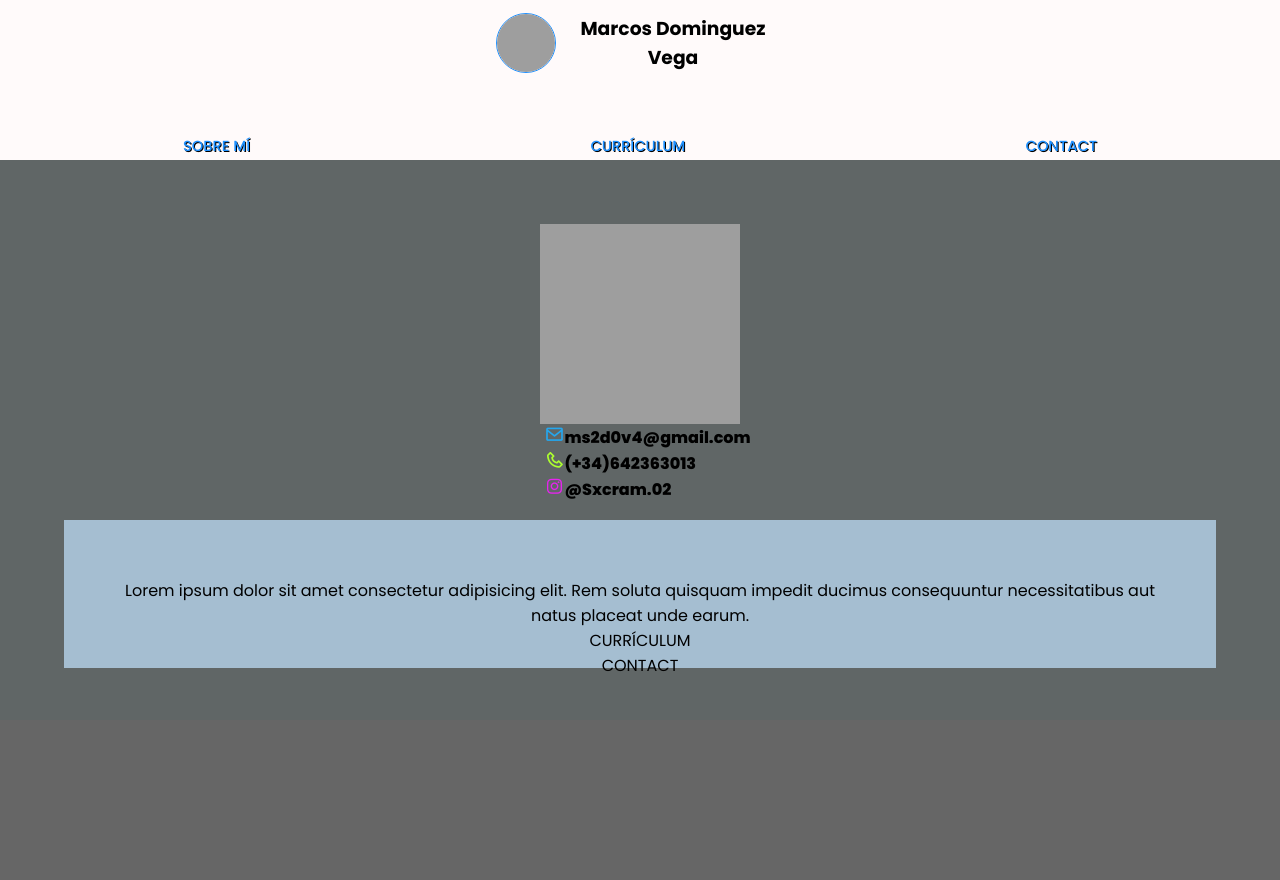
Repository: Sxcram02/Portfoliov.2
Page: index.html
An editor plug-in stored every save of this project. The page is shown before and after a run of saves, followed by the edit.
The browser window is 1280 px wide. The pictures show the whole page.
Pictures or frames that could not be fetched are drawn as grey boxes.

Above is the page before, as saved 2023-04-11 00:29:42.

### index.html
<!DOCTYPE html>
<html lang="en">
<head>
    <meta charset="UTF-8">
    <meta http-equiv="X-UA-Compatible" content="IE=edge">
    <meta name="viewport" content="width=device-width, initial-scale=1.0">
    <link rel="stylesheet" href="css/style.css" />
    <link rel="shortcut icon" href="https://picsum.photo/160" type="image/x-icon" />
    <link rel="stylesheet" href="https://unpkg.com/boxicons@latest/css/boxicons.min.css" />
    <title>miPortFolio</title>
</head>
<body>
    <div class="root">
        <header>
            <div class="box-porfile">
                <img src="https://picsum.photos/200" alt="porfile" />
                <h3 class="name">Marcos Dominguez Vega</h3>
            </div>
            <nav>
                <ul class="nav-bar">
                    <li><a href="">SOBRE MÍ</a></li>
                    <li><a href="">CURRÍCULUM</a></li>
                    <li><a href="">CONTACT</a></li>
                </ul>
            </nav>
        </header>
        <main>
            <section class="sobreMi">
                <article class="box-image">
                    <img src="https://picsum.photos/200" alt="porfile" />
                    <ul class="redes">
                        <li><i class='bx bx-envelope' style='color:#24a7ef;font-size: 20px;' ></i>ms2d0v4@gmail.com</li>
                        <li><i class='bx bx-phone' style="color:greenyellow; font-size: 20px;"></i>(+34)642363013</li>
                        <li><i class='bx bxl-instagram' style='color:#e624ef;font-size: 20px;'  ></i>@Sxcram.02</li>
                    </ul>
                </article>
                <article class="info">
                    <p>Lorem ipsum dolor sit amet consectetur adipisicing elit. Rem soluta quisquam impedit ducimus consequuntur necessitatibus aut natus placeat unde earum.</p>
                    <ul class="nav-bar2">
                        <li>CURRÍCULUM</li>
                        <li>CONTACT</li>
                    </ul>
                </article>
            </section>
        </main>
    </div>
</body>
</html>

### css/style.css
@import url('https://fonts.googleapis.com/css2?family=Poppins:ital,wght@0,400;0,500;0,600;0,700;0,800;0,900;1,400&display=swap');

* {
    margin: 0;
    padding: 0;
    box-sizing: border-box;
    font-family: 'Poppins',sans-serif;
    list-style: none;
    text-decoration: none;
}

.root {
    width: 100vw;
    height: 100vh;
    background-color: azure;
}

header {
    width: 100%;
    height: 10em;
    padding: 1%;
    background-color: snow;
    display: flex;
    flex-direction: column;
    align-items: center;
}

.box-porfile {
    display: flex;
    align-items: center;
    text-align: center;
}

.box-porfile > img {
    width: 60px;
    height: 60px;
    border-radius: 100%;
    margin-left: 2%;
    border: 1px solid dodgerblue;
}

.box-porfile > img:hover {
    border: 1px solid orange;
    transition: all 0.3s;
}

nav {
    width: 100%;
    margin-top: 5%;
}

.nav-bar {
    display: flex;
    align-items: center;
    justify-content: space-around;
    font-weight: 500;
    text-shadow: 1px 1px black;
    font-size: 11pt;
}

.nav-bar li > a {
    border-radius: 10px;
    padding: 10px;
    cursor: pointer;
    color: dodgerblue;
}

.nav-bar li:hover > a {
    background-color: rgba(128, 128, 128, 0.604);
    color:orange;
    transition: all 0.3s;
}

main {
    width: 100vw;
    height: 100vh;
}

.sobreMi {
    height: 100vh;
    padding: 5%;
    background-color: rgba(0, 0, 0, 0.599);
    display: grid;
    grid-template-columns: 1,1fr;
    grid-template-rows: repeat(2,1fr);
}

.box-image {
    height: 50%;
    grid-column: 1/2;
    grid-row: 1/2;
    display: flex;
    flex-direction: column;
    align-items: center;
    font-size: 12pt;
    font-weight: 800;
}

i {
    margin-left: 15px;
}
.info {
    height: 50%;
    grid-column: 1/2;
    grid-row: 2/3;
    text-align: center;
    padding: 5%;
    background-color: rgba(195, 227, 254, 0.704);
}

After the next 2 saves:
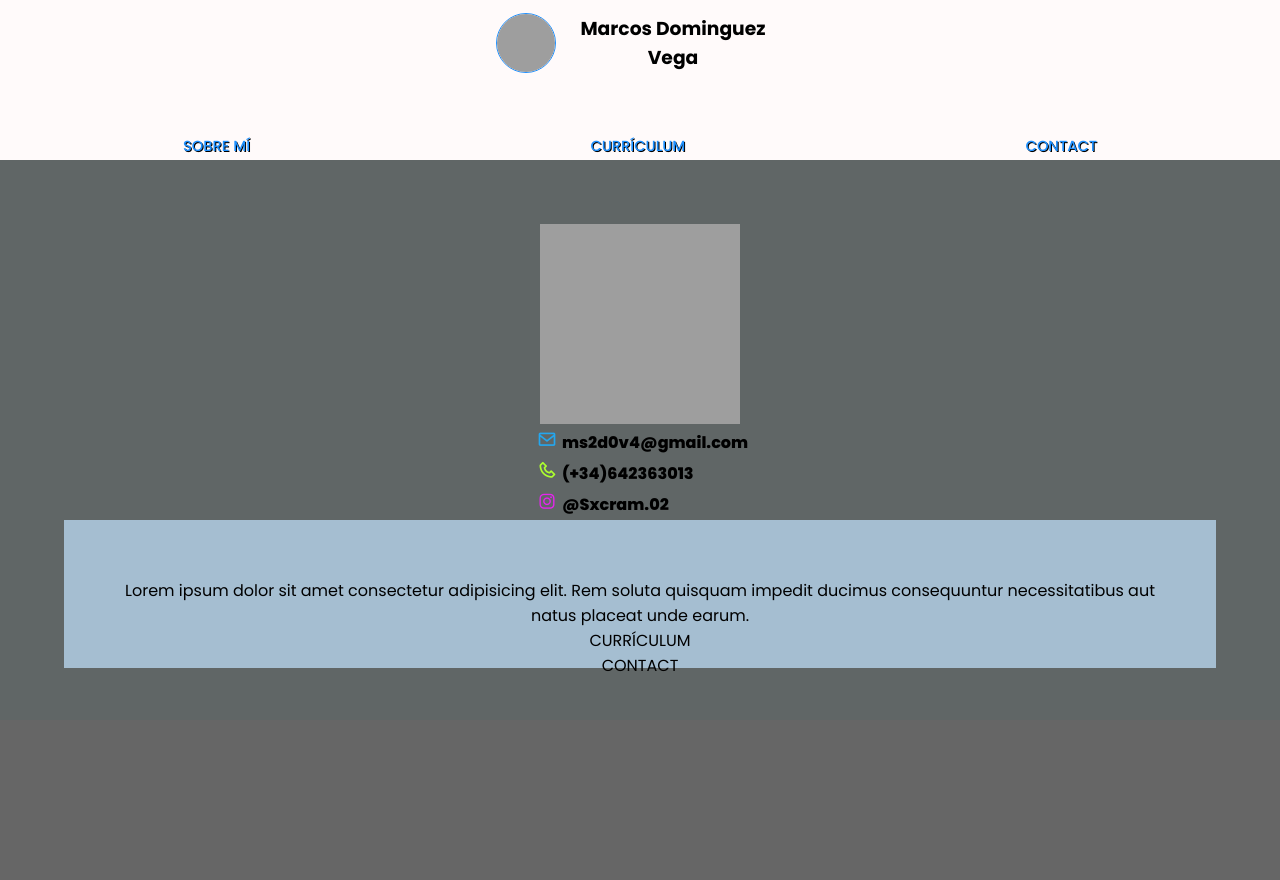
The 2 saves are shown as one change because they came seconds apart.
The last was saved 8 s later.
--- a/css/style.css
+++ b/css/style.css
@@ -97,8 +97,9 @@ main {
 }
 
 i {
-    margin-left: 15px;
+    margin: 5px;
 }
+
 .info {
     height: 50%;
     grid-column: 1/2;
